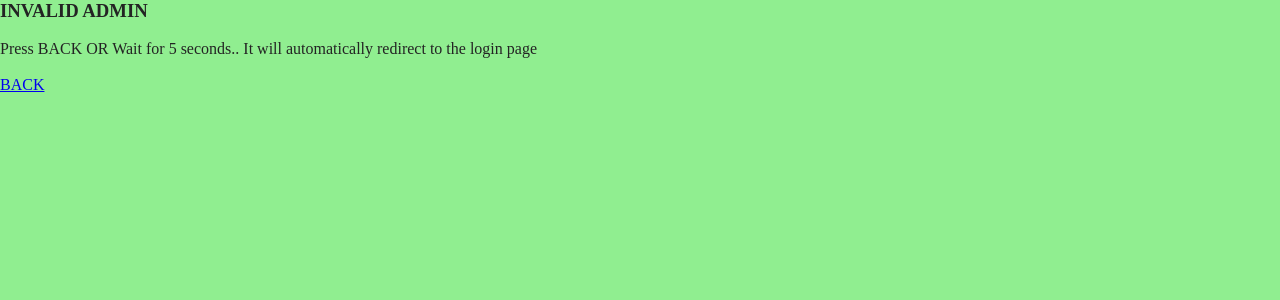
Repository: subhamsourabh265/collegeProjects
Page: http://localhost/OnlineBankingSystems/admlog1.jsp
An editor plug-in stored every save of this project. The page is shown before and after the next save, followed by the edit.
The browser window is 1280 px wide. The pictures show the whole page.
The page is served by Tomcat 9. Queries for data that is not in the repository find no rows.

Above is the page before, as saved 2015-12-01 12:24:44.

After the next save:
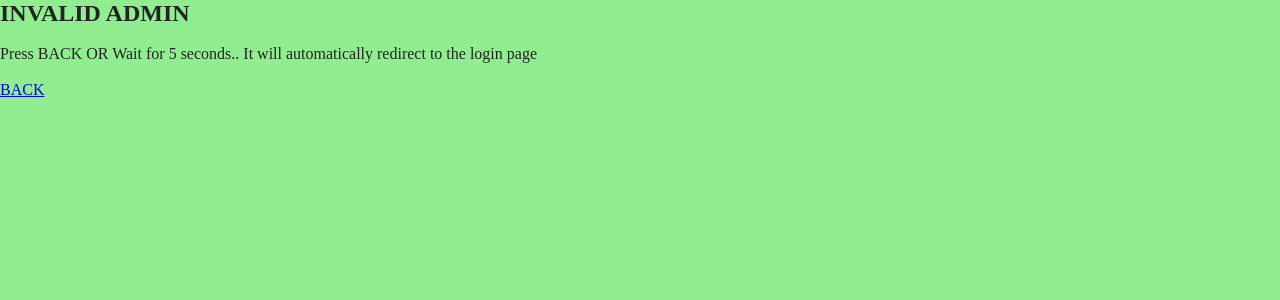
Saved 7 min 27 s later.
--- a/OnlineBankingSystems/WebContent/admlog1.jsp
+++ b/OnlineBankingSystems/WebContent/admlog1.jsp
@@ -39,7 +39,7 @@
 else
 	  {
 pw.println("<html><body text=\"red\">");
-		pw.println("<h3>INVALID  ADMIN</h3>");
+		pw.println("<h2>INVALID  ADMIN</h2>");
 		pw.println("<br>Press BACK OR Wait for 5 seconds.. It will automatically redirect to the login page");
   		//response.setHeader("Refresh","5;url=mylogin.html");
   		pw.println("<br><br><a href=\"mylogin.html\">BACK</a>");
